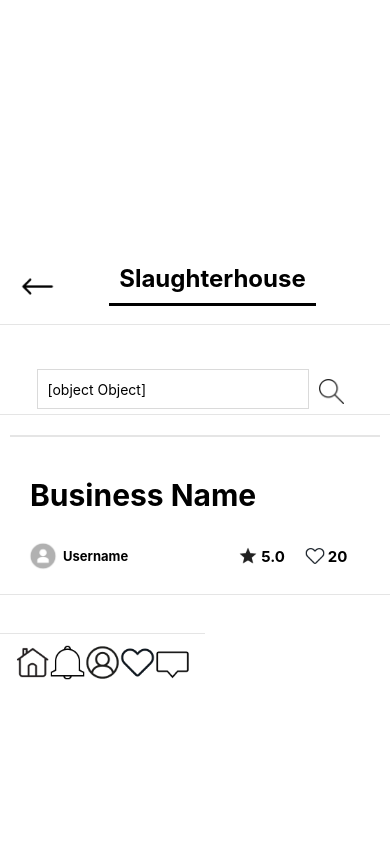
Repository: Evelyn-ZYW/FarmilyFrontEnd
Screen: / (app in react_native_app/MyApp/)
These files come from the project's save history. The screen is drawn as it stood at one moment and after a run of saves; the edit follows.
Pictures or frames that could not be fetched are drawn as grey boxes. The app was drawn by React Native's web renderer in a window 390 px wide. The project was rebuilt for these pictures with package versions that can differ from the ones it lists, and the page was loaded fresh each time. Also part of the build but not shown: react_native_app/MyApp/storybook/stories/CenterView/style.js, react_native_app/MyApp/comps/ForumPost/index.js, react_native_app/MyApp/pages/ForumBoard/index.js, react_native_app/MyApp/comps/MsgBox/index.js, react_native_app/MyApp/pages/MessageMain/index.js, react_native_app/MyApp/comps/TradePost/index.js, react_native_app/MyApp/pages/MpBoard/index.js, react_native_app/MyApp/comps/ShListing/index.js and 43 more.

Above is the screen before, as saved 2020-11-15 18:42:13.

### react_native_app/MyApp/App.js
/**
 * Sample React Native App
 * https://github.com/facebook/react-native
 *
 * @format
 * @flow strict-local
 */

import React from 'react';
import { View, StyleSheet, ScrollView } from 'react-native';
import { NativeRouter, Route, Link } from "react-router-native";
import {NavigationContainer} from '@react-navigation/native';
import MapView from 'react-native-maps';

import ForumBoard from './pages/ForumBoard';
import MessageMain from './pages/MessageMain';
import MpBoard from './pages/MpBoard';
import ShMain from './pages/ShMain';
import ShFilter from './pages/ShFilter';
import ShInfo from './pages/ShInfo';
import Main1 from './pages/Main1';
import Main2 from './pages/Main2';
import OneDiscussion from './pages/OneDiscussion';
import Home from './pages/Home';
import Login from './pages/Login';
import SignUp from './pages/SignUp';
import ForgetP from './pages/ForgetP';
import ResetP from './pages/ResetP';
import ShBusiness from './pages/ShBusiness';

// Rauqel's pages
import ComfirmInfo from './pages/ComfirmInfo';
import PopUp from './pages/Popup';
import Profile from './pages/Profile';
import Favorite from './pages/Favorite';
import Notification from './pages/Notification';
import MpDiscussion from './pages/MpDiscussion';
import PostDiscussion from './pages/PostDiscussion';
import AuthNavigator from './AuthNavigation/AuthNavigator';

{/* <View style={styles.container}>
    {/* <ForumBoard /> */}
    {/* <MessageMain /> */}
    {/* <MpBoard /> */}
    // <ShMain />
    // <ShFilter />
    {/* <PopUp /> */}
    {/* <Main1 /> */}
    {/* <Main2 /> */}
    {/* <Profile/> */}
    {/* <Favorite/> */}
    {/* <ComfirmInfo /> */}
    {/* <Notification/> */}
    {/* <OneDiscussion /> */}
        {/* <MpDiscussion /> */}
        {/*<PostDiscussion />*/}
    {/*<Home />*/}
    {/* <Login /> */}
    {/*<SignUp /> */}
    {/*<ForgetP />*/}
    {/* <ResetP /> */}




const App = () => {
  return (
  // <NavigationContainer>
  //   <AuthNavigator/>
  // </NavigationContainer>
  <ShInfo />
  );
};

const styles = StyleSheet.create({
  container: {
    flex: 1,
    //  marginTop:"10%",
    //  marginBottom:"5%",
    //  backgroundColor:"#DADADA",
    //  justifyContent:"center",
    //  alignItems:"center"
  }
})

export default App;
// export { default } from './storybook';

### react_native_app/MyApp/pages/ShInfo/index.js
import React from 'react';
import { View, StyleSheet, ScrollView, Image} from 'react-native';
import MapView from 'react-native-maps';


import Header from '../../comps/Header';
import UserTextInput from '../../comps/Inputs';
import MapCont from '../../comps/MapCont';
import ShBusinessComp from '../../comps/ShBusinessComp';
import Navigation from '../../comps/Navigation';

const styles = StyleSheet.create({
    container: {
        flex: 1,
        justifyContent: "center"
    },
    scroll: {
        maxHeight:"100%",
        width:"100%",
        marginTop: 80
    },
    icon: {
        resizeMode: "contain",
        maxWidth: 25,
        maxHeight: 25,
        margin: 10
    },
    midcont:{
        display: "flex",
        marginTop: 40,
        alignItems: 'center',
        justifyContent: "center"
    },
    continput:{
        width: 200,
        height: 200
    },
    userinput:{
        display: "flex",
        flexDirection: "row",
        justifyContent: "center",
        marginBottom:10,
        borderBottomColor:"#E5E5E5",
        borderBottomWidth:1.5,
        minWidth: "100%",
        minHeight: "15%",
    },
    Navi:{
        position:"absolute",
        top:698
    },
});

const ShInfo = () => {
    return (
        <View style={styles.container}>
            <View>
                <Header
                    text="Slaughterhouse"
                    iconRight={require('../../public/more.png')}
                    iconLeft={require('../../public/back.png')}
                    bottomColor="#00AC64"
                />
            </View>

            <View style={styles.midcont}>
                <ScrollView style={styles.scroll}>
                   <View style={styles.userinput}>
                        <UserTextInput
                        placeholder="Search"
                        />
                        <Image
                            source={require('../../public/search.png')}
                            style={styles.icon}
                        />
                    </View>

                    <MapCont style-={styles.continput} >
                        <MapView
                            initialRegion={{
                            latitude: 37.78825,
                            longitude: -122.4324,
                            latitudeDelta: 0.0922,
                            longitudeDelta: 0.0421,
                            }}
                    />
                    </MapCont>

                    <View>
                        <ShBusinessComp />
                    </View>
                </ScrollView>
            </View>


            <View style={styles.Navi}><Navigation /></View>
        </View>
    );
};

export default ShInfo;

### react_native_app/MyApp/comps/Header/index.js
import React from "react";
import { View, Text, StyleSheet, Image } from "react-native";

const styles = StyleSheet.create({
    headerBox:{
        position: "absolute",
        top: 0,
        borderBottomColor:"#E5E5E5",
        borderBottomWidth:1.5,
        minWidth: "100%",
        minHeight: "15%",
    },
    innerHeadBox:{
        // borderWidth: 1,
        alignItems:"center",
        flexDirection:"row",
        margin:5,
        justifyContent:"space-between",

    },
    innerText:{
        borderBottomWidth:3,
        padding:10,
        marginBottom:13,
        justifyContent:"center",

    },
    headIconL:{
        position:"relative",
        left:15,
        maxHeight:35,
        maxWidth:35,
        resizeMode:"contain"
    },
    headText:{
        fontWeight:"bold",
        fontSize:24,
    },
    headIconR:{
        position:"relative",
        right:15,
        maxHeight:35,
        maxWidth:35,
        resizeMode:"contain"
    },
    logo:{
        resizeMode:"contain",
        maxWidth:300,
    }
});

const Header = ({iconLeft, text, iconRight, bottomColor, logo}) => {
  return (
    <View style={styles.headerBox}>
        <Image source={logo} style={styles.logo} />
        <View style={styles.innerHeadBox}>
            <Image source={iconLeft} style={styles.headIconL}/>
            <View style={styles.innerText} borderBottomColor={bottomColor}>
                <Text style={styles.headText}>{text}</Text>
            </View>
            <Image source={iconRight} style={styles.headIconR}/>
        </View>
    </View>
  );
};

Header.defaultProps = {
    iconLeft:null,
    text: null,
    iconRight:null,
    bottomColor: null,
    logo: null
};

export default Header;

### react_native_app/MyApp/comps/Navigation/index.js
import React from "react";
import { View, Text, StyleSheet, Image } from "react-native";




const styles = StyleSheet.create({
  naviBox: {
    position: "absolute",
    bottom: 10,
    justifyContent: "space-around",
    alignItems: "center",
    flexDirection: "row",
    borderTopWidth: 1.5,
    borderTopColor: "#E5E5E5",
    minWidth: "100%",
    backgroundColor:"white",
    paddingLeft:15,
    paddingRight:15
    // zIndex: 2,

  },
  icons: {
    width: 35,
    marginTop: "2%",
    resizeMode: "contain",

  }
});

const Navigation = ({ }) => {
  return (
    <View style={styles.naviBox}>
      <Image source={require('../../public/home.png')} style={styles.icons} />
      <Image source={require('../../public/notification.png')} style={styles.icons} />
      <Image source={require('../../public/profile.png')} style={styles.icons} />
      <Image source={require('../../public/heart.png')} style={styles.icons} />
      <Image source={require('../../public/chat.png')} style={styles.icons} />
    </View>
  );
};

Navigation.defaultProps = {

};

export default Navigation;

### react_native_app/MyApp/comps/Inputs/index.js
import React, { Component } from "react";
import { TextInput, StyleSheet } from "react-native";

const UserTextInput = ({text, placeholder}) => {
  const [value, onChangeText] = React.useState({text});

  return (

    <TextInput
      style={{
        height: 40,
        width: 272,
        borderColor: "#DADADA",
        borderWidth: 1,
        padding:10
      }}
      onChangeText={(text) => onChangeText(text)}

      value={value}
      placeholder={placeholder}
      placeholderTextColor="#000000"
    />
  );
};
const styles = StyleSheet.create({
  container: {
    backgroundColor:"#797",
    flex:1,
  }
});
UserTextInput.defaultProps = {
  text: "yes",
  placeholder:"placeholder"
};
export default UserTextInput;

### react_native_app/MyApp/comps/MapCont/index.js
import React, { Component } from "react";
import {View, StyleSheet } from "react-native";

const MapCont = ({width, height}) => {

  return (
    <View style={styles.mapCont}
    width={width}
    height={height}
    >
    </View>

  );
};
const styles = StyleSheet.create({
  mapCont: {
    flex:1,
    borderColor:"#E5E5E5",
    borderWidth:1.5,
    margin: 10
  }
});

MapCont.defaultProps = {
    width: 360,
    height: 360
};
export default MapCont;

### react_native_app/MyApp/comps/ShBusinessComp/index.js
import React from "react";
import { View, Text, StyleSheet, Image } from "react-native";
import ShHeart from "../ShHeart";
import ShReview from "../ShReview";
import ShUser from "../ShUser";

const styles = StyleSheet.create({
    ShBuisnessCont:{
      paddingTop:30,
      paddingLeft:20,
      paddingRight:30,
      paddingBottom:15,
      borderBottomColor:"#E5E5E5",
      borderBottomWidth: 1.5,
      backgroundColor:"#FFFFFF",
    },
    ShBusinName:{
      fontSize: 30,
      fontWeight:"bold",
      marginLeft:10,
      marginBottom:20
    },
    ShBusinBox:{
      display:"flex",
      flexDirection:"row",
    },
    ShBusinBoxStar:{
      display:"flex",
      flexDirection:"row",
      position: "relative",
      left: "30%"
    },
    ShBusinBoxHeart:{
      display:"flex",
      flexDirection:"row",
      position: "relative",
      left: "30%"
    }

});

const ShBusinessComp = ({NameText}) => {
  return (
    <View style={styles.ShBuisnessCont}>
        <Text style={styles.ShBusinName}>{NameText}</Text>
        <View style={styles.ShBusinBox}>
          <ShUser/>
          <View style={styles.ShBusinBoxStar}><ShReview /></View>
          <View style={styles.ShBusinBoxHeart}><ShHeart /></View>
        </View>
    </View>
  );
};

ShBusinessComp.defaultProps = {
  NameText:"Business Name"
};

export default ShBusinessComp;

### react_native_app/MyApp/comps/ShHeart/index.js
import React from "react";
import { View, Text, StyleSheet, Image } from "react-native";

const styles = StyleSheet.create({
    ShReviewCont:{
        display:"flex",
        flexDirection:"row",
        alignItems:"center",
        marginLeft:20
    },
    Shheart:{
        width:20,
        height:20
    },
    ShFavoriteNumber:{
        fontSize:15,
        fontWeight:"bold",
        marginLeft:3
    }
});

const ShHeart = ({ShFavNum}) => {
  return (
    <View style={styles.ShReviewCont}>
        <Image source={require('./heart.png')} style={styles.Shheart}/>
        <Text style={styles.ShFavoriteNumber}>{ShFavNum}</Text>
    </View>
  );
};

ShHeart.defaultProps = {
    ShFavNum:"20"
};

export default ShHeart;

### react_native_app/MyApp/comps/ShReview/index.js
import React from "react";
import { View, Text, StyleSheet, Image } from "react-native";

const styles = StyleSheet.create({
    ShReviewCont:{
        display:"flex",
        flexDirection:"row",
        alignItems:"center",
    },
    ShStar:{
        width:20,
        height:20
    },
    ShReviewNumber:{
        fontSize:15,
        fontWeight:"bold",
        marginLeft:3
    }
});

const ShReview = ({ShreviewNum}) => {
  return (
    <View style={styles.ShReviewCont}>
        <Image source={require('./star.png')} style={styles.ShStar}/>
        <Text style={styles.ShReviewNumber}>{ShreviewNum}</Text>
    </View>
  );
};

ShReview.defaultProps = {
    ShreviewNum:"5.0"
};

export default ShReview;

### react_native_app/MyApp/comps/ShUser/index.js
import React from "react";
import { View, Text, StyleSheet, Image } from "react-native";

const styles = StyleSheet.create({
    ShUserCont:{
        display:"flex",
        flexDirection:"row",
        alignItems:"center",
        margin:8
    },
    userimg:{
        width:30,
        height:30
    },
    username:{
        fontSize:13,
        fontWeight:"bold",
        textAlign:"center",
        marginLeft:5
    }

});

const ShUser = ({userImg,userName}) => {
  return (
    <View style={styles.ShUserCont}>
        <Image //Will use Expo ImagePicker API here instead, just need guidance for this part...
                source={userImg} style={styles.userimg}/>
        <Text //needs to link with backend
        style={styles.username}>{userName}</Text>

    </View>
  );
};

ShUser.defaultProps = {
  NameText:"Default",
  userImg: require('./user.png'),
  userName:"Username"
};

export default ShUser;

After the next 2 saves:
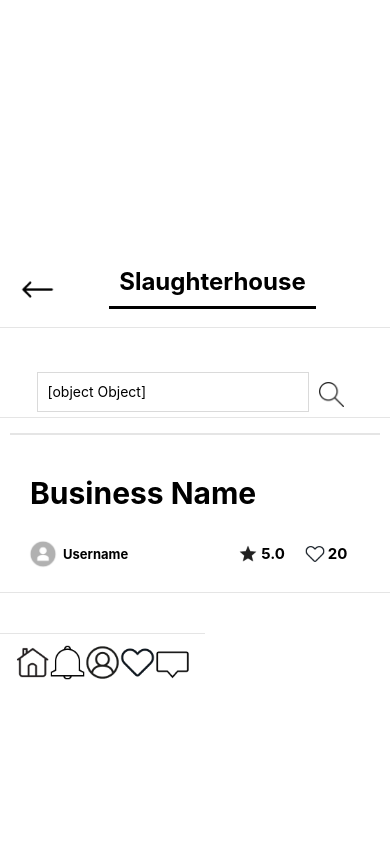
The 2 saves are shown as one change because they came seconds apart.
The last was saved 36 s later.
--- a/react_native_app/MyApp/pages/ShInfo/index.js
+++ b/react_native_app/MyApp/pages/ShInfo/index.js
@@ -39,7 +39,7 @@
         display: "flex",
         flexDirection: "row",
         justifyContent: "center",
-        marginBottom:10,
+        marginBottom:5,
         borderBottomColor:"#E5E5E5",
         borderBottomWidth:1.5,
         minWidth: "100%",

After the save that followed:
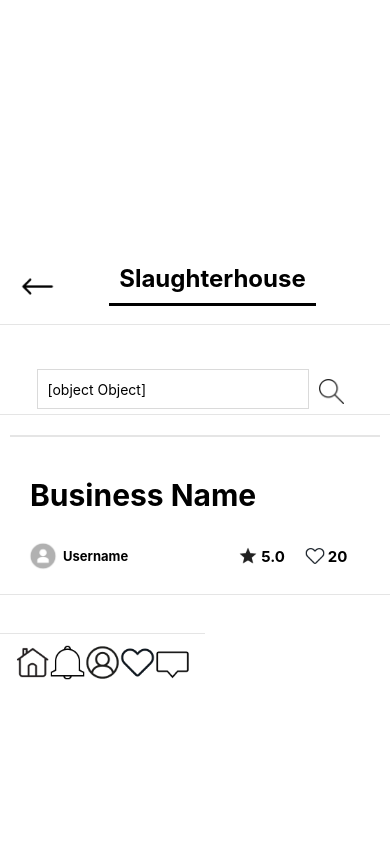
Saved 8 s later.
--- a/react_native_app/MyApp/pages/ShInfo/index.js
+++ b/react_native_app/MyApp/pages/ShInfo/index.js
@@ -39,7 +39,7 @@
         display: "flex",
         flexDirection: "row",
         justifyContent: "center",
-        marginBottom:5,
+        marginBottom:10,
         borderBottomColor:"#E5E5E5",
         borderBottomWidth:1.5,
         minWidth: "100%",
